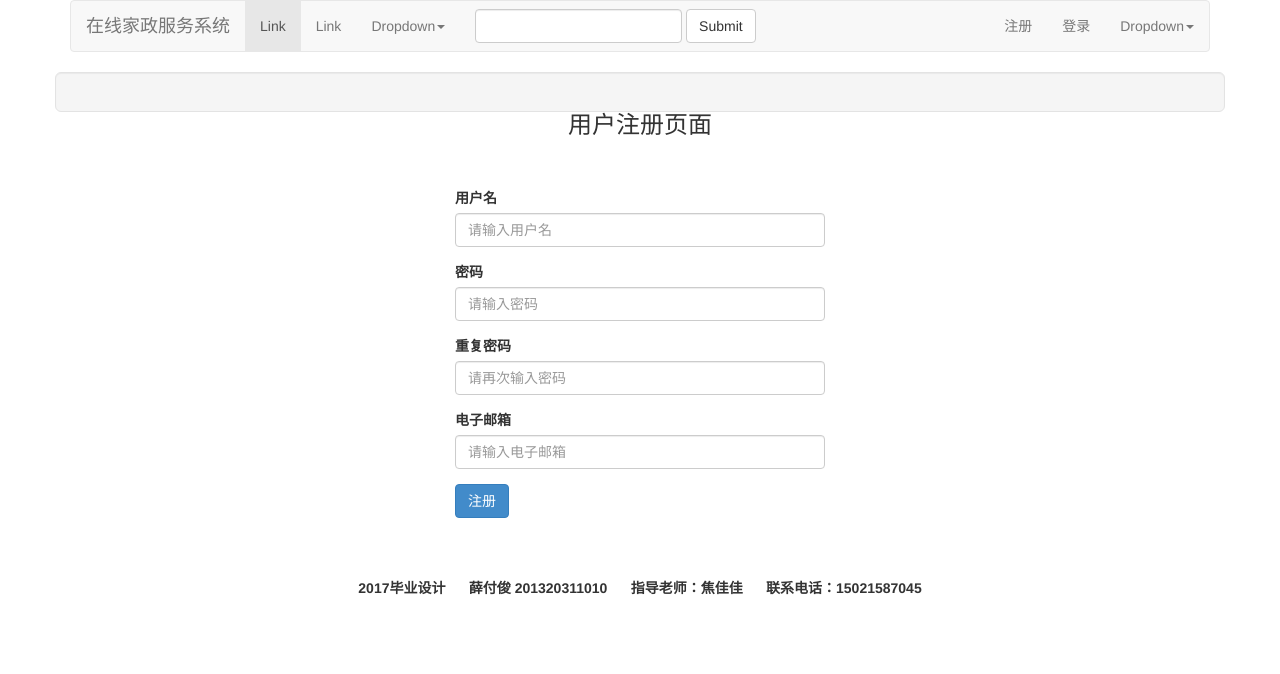
Repository: ELeonCXFJ/MyEclipseWS
Page: http://localhost/MyWeb/jsps/user/register.jsp
The author's editor kept a copy of each file at every save. The page is drawn from the files as they stood at one save, then again after the next save.
The browser window is 1280 px wide. The pictures show the whole page.
The page is served by Tomcat 9. Nobody is signed in. The application's start-up code is not run. Other server files are loaded and not shown.

Above is the page before, as saved 2017-03-17 04:59:37.

### MyWeb/WebRoot/jsps/user/register.jsp
<%@ page language="java" import="java.util.*" pageEncoding="UTF-8"%>
<%@ taglib prefix="c" uri="http://java.sun.com/jsp/jstl/core" %>

<!DOCTYPE html>
<html>
<head>
   	<meta charset="utf-8">
   	<meta name="viewport" content="width=device-width, initial-scale=1">
   	<title>用户注册</title>

   	<link rel="stylesheet" href="${pageContext.request.contextPath}/vendor/bootstrap/css/bootstrap.css" />
   	<link rel="stylesheet" href="${pageContext.request.contextPath}/dist/css/bootstrapValidator.css" />

   	<script type="text/javascript" src="${pageContext.request.contextPath}/vendor/jquery/jquery.min.js"></script>
   	<script type="text/javascript" src="${pageContext.request.contextPath}/vendor/bootstrap/js/bootstrap.min.js"></script>
	<script type="text/javascript" src="${pageContext.request.contextPath}/dist/js/bootstrapValidator.js"></script>

</head>

<body>
<div class="container" >

	<div class="row clearfix">
	<c:import url="../../top.jsp"></c:import>
		<div class="jumbotron well">
		<div class="col-md-12 column">
		<h3 align="center">用户注册页面</h3></br></br>
		</div>
	</div>
	<div class="row clearfix">
		<div class="col-md-4 column">
		</div>

		<div class="col-md-4 column">
			<form id="mainform" action="<c:url value='/UserServlet'/>" method="post" role="form">
				<input type="hidden" name="method" value="register"/>
				<div class="form-group">
					 <label for="username">用户名</label>
					 <input type="text" name="username" class="form-control" id="username" placeholder="请输入用户名" data-bv-remote="true"/>
				</div>

				<div class="form-group">
					 <label for="password">密码</label>
					 <input type="password" name="password" class="form-control" id="password" placeholder="请输入密码"  />
				</div>

				<div class="form-group">
					 <label for="confirmpassword">重复密码</label>
					 <input type="password" name="confirmpassword" class="form-control" id="confirmpassword" placeholder="请再次输入密码"  />
				</div>

				<div class="form-group">
					 <label for="email">电子邮箱</label>
					 <input type="text" name="email" class="form-control" id="username" placeholder="请输入电子邮箱"/>
				</div>

				<button type="submit" class="btn btn-primary">注册</button>
			</form>
		</div>

		<div class="col-md-4 column">
		</div>
	</div>
	</div>
</div>
<c:import url="../../bottom.jsp"></c:import>
<div>
</div>
<script type="text/javascript">
$("#mainform").bootstrapValidator({
	message:"This value is not valid",
        feedbackIcons: {
            valid: 'glyphicon glyphicon-ok',
            invalid: 'glyphicon glyphicon-remove',
            validating: 'glyphicon glyphicon-refresh'
        },
        fields:{
			username:{
				validators:{
					notEmpty:{
						message:'用户名不能为空'
					},
					stringLength:{
						min:6,
						max:20,
						message:"用户名长度必须在6-20个字符之间"
					},
					regexp:{
						regexp:/^[a-zA-Z0-9_\.]+$/,
						message:"用户名只能由字母、数字、点和下划线组成",
					},
					threshold:6,
					remote:{
						url:'../../UserServlet?method=ajaxValidatorUserName',
						data:{username:$("#username").text()},
						delay : 1000,
						type:'POST',
						message:'该用户已存在',
					},
				}
			},

			password:{
				validators:{
					notEmpty:{
						message:'密码不能为空'
					},
					identical:{
						field: 'confirmpassword',
						message: '两次输入的密码不相同',
					},
					different:{
						field: 'username',
						message:'用户密码不能和账户名相同'
					},
					stringLength:{
						min:5,
						max:20,
						message:'密码长度必须在5-20个字符之间'
					},
				}
			},

			confirmpassword:{
				validators:{
					notEmpty:{
						message:'请重复输入密码'
					},
					identical:{
						field: 'password',
						message: '两次输入的密码不相同',
					},
					different:{
						field: 'username',
						message:'用户密码不能和账户名相同'
					},
					stringLength:{
						min:5,
						max:20,
						message:"密码长度必须在5-20个字符之间"
					},
				}
			},
			email:{
				validators:{
					emailAddress:{
						message:"当前输入的邮箱格式有误，请确认该邮箱为有效邮箱地址"
					},
					notEmpty:{
						message:'电子邮箱不能为空'
					},
					remote:{
						url:'../../UserServlet?method=ajaxValidatorEmail',
						data:{username:$("#email").text()},
						delay : 1000,
						type:'POST',
						message:'该邮箱已被注册',
					},
				}
			},
        }
    });
</script>
</body>
</html>

### MyWeb/WebRoot/top.jsp
<%@ page language="java" import="java.util.*" pageEncoding="UTF-8"%>
<%@ taglib prefix="c" uri="http://java.sun.com/jsp/jstl/core" %>

<!DOCTYPE html>
<html>
<head>
   <meta charset="utf-8">
   <title>导航栏</title>
</head>
<body>

<div class="container" align="center">
	<div class="row clearfix">
		<div class="col-md-12 column">
			<nav class="navbar navbar-default" role="navigation">
				<div class="navbar-header">
					 <button type="button" class="navbar-toggle" data-toggle="collapse" data-target="#bs-example-navbar-collapse-1"> <span class="sr-only">Toggle navigation</span><span class="icon-bar"></span><span class="icon-bar"></span><span class="icon-bar"></span></button> <a class="navbar-brand" href="../../index.jsp">在线家政服务系统</a>
				</div>
				<div class="collapse navbar-collapse" id="bs-example-navbar-collapse-1">
					<ul class="nav navbar-nav">
						<li class="active">
							 <a href="#">Link</a>
						</li>
						<li>
							 <a href="#">Link</a>
						</li>
						<li class="dropdown">
							 <a href="#" class="dropdown-toggle" data-toggle="dropdown">Dropdown<strong class="caret"></strong></a>
							<ul class="dropdown-menu">
								<li>
									 <a href="#">Action</a>
								</li>
								<li>
									 <a href="#">Another action</a>
								</li>
								<li>
									 <a href="#">Something else here</a>
								</li>
								<li class="divider">
								</li>
								<li>
									 <a href="#">Separated link</a>
								</li>
								<li class="divider">
								</li>
								<li>
									 <a href="#">One more separated link</a>
								</li>
							</ul>
						</li>
					</ul>
					<form class="navbar-form navbar-left" role="search">
						<div class="form-group">
							<input type="text" class="form-control" />
						</div> <button type="submit" class="btn btn-default">Submit</button>
					</form>
					<ul class="nav navbar-nav navbar-right">
						<li>
							 <a href="<c:url value='/jsps/user/register.jsp'/>">注册</a>
						</li>
						<li>
							<a href="<c:url value='/jsps/user/login.jsp' />">登录</a>
						</li>
						<li class="dropdown">
							 <a href="#" class="dropdown-toggle" data-toggle="dropdown">Dropdown<strong class="caret"></strong></a>
							<ul class="dropdown-menu">
								<li>
									 <a href="#">Action</a>
								</li>
								<li>
									 <a href="#">Another action</a>
								</li>
								<li>
									 <a href="#">Something else here</a>
								</li>
								<li class="divider">
								</li>
								<li>
									 <a href="#">Separated link</a>
								</li>
							</ul>
						</li>
					</ul>
				</div>
			</nav>
		</div>
	</div>
</div>
</body>

### MyWeb/WebRoot/bottom.jsp
<%@ page language="java" import="java.util.*" pageEncoding="UTF-8"%>
<%@ taglib prefix="c" uri="http://java.sun.com/jsp/jstl/core" %>

<!DOCTYPE html>
<html>
<head>
   <meta charset="utf-8">
   <title>页脚</title>
</head>
<body>

	<div align="center">
		<label for=“bottom"></br></br></br>2017毕业设计&nbsp;&nbsp;&nbsp;&nbsp;&nbsp;&nbsp;薛付俊 201320311010&nbsp;&nbsp;&nbsp;&nbsp;&nbsp;&nbsp;指导老师：焦佳佳&nbsp;&nbsp;&nbsp;&nbsp;&nbsp;&nbsp;联系电话：15021587045</label>
	</div>
	<div style="display:none;">
		<label for="hide">bootstrapvalidator引用自：https://github.com/nghuuphuoc/bootstrapvalidator</label>
	</div>
</body>

Loaded but not shown: MyWeb/WebRoot/dist/css/bootstrapValidator.css (common file); MyWeb/WebRoot/dist/js/bootstrapValidator.js (library)

After the next save:
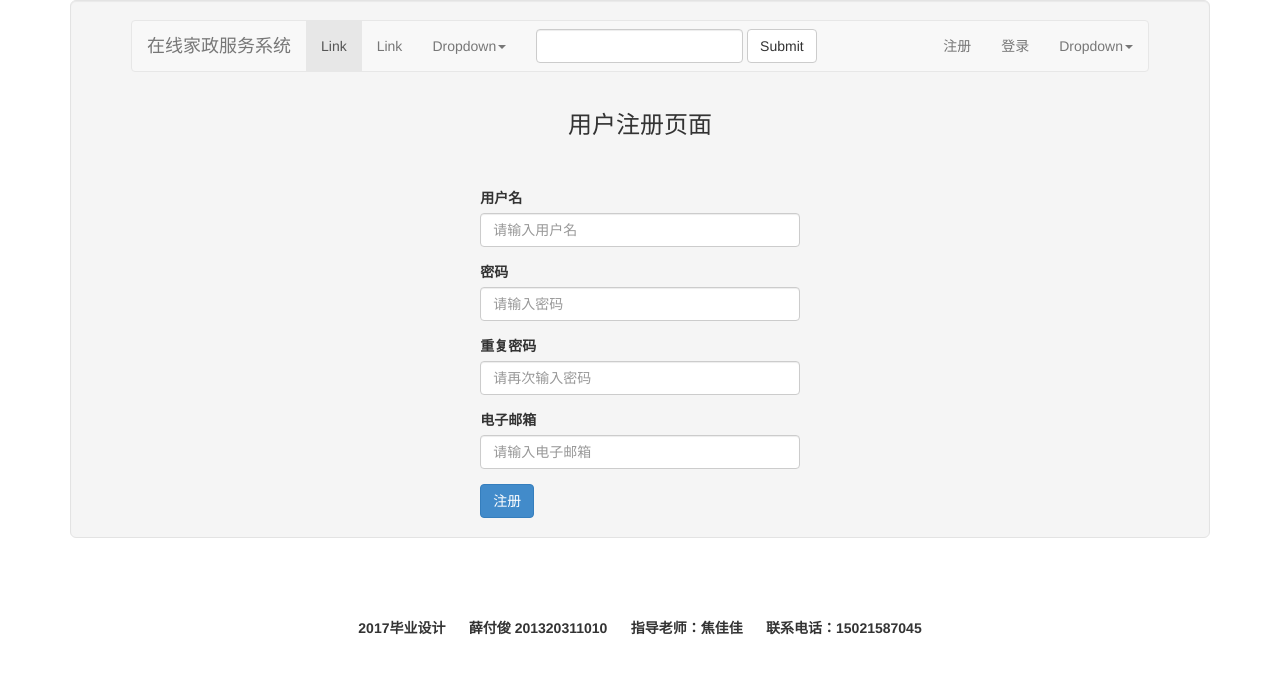
Saved 10 s later.
--- a/MyWeb/WebRoot/jsps/user/register.jsp
+++ b/MyWeb/WebRoot/jsps/user/register.jsp
@@ -19,10 +19,10 @@
 
 <body>
 <div class="container" >
-
+		<div class="jumbotron well">
 	<div class="row clearfix">
 	<c:import url="../../top.jsp"></c:import>
-		<div class="jumbotron well">
+
 		<div class="col-md-12 column">
 		<h3 align="center">用户注册页面</h3></br></br>
 		</div>

After the save that followed:
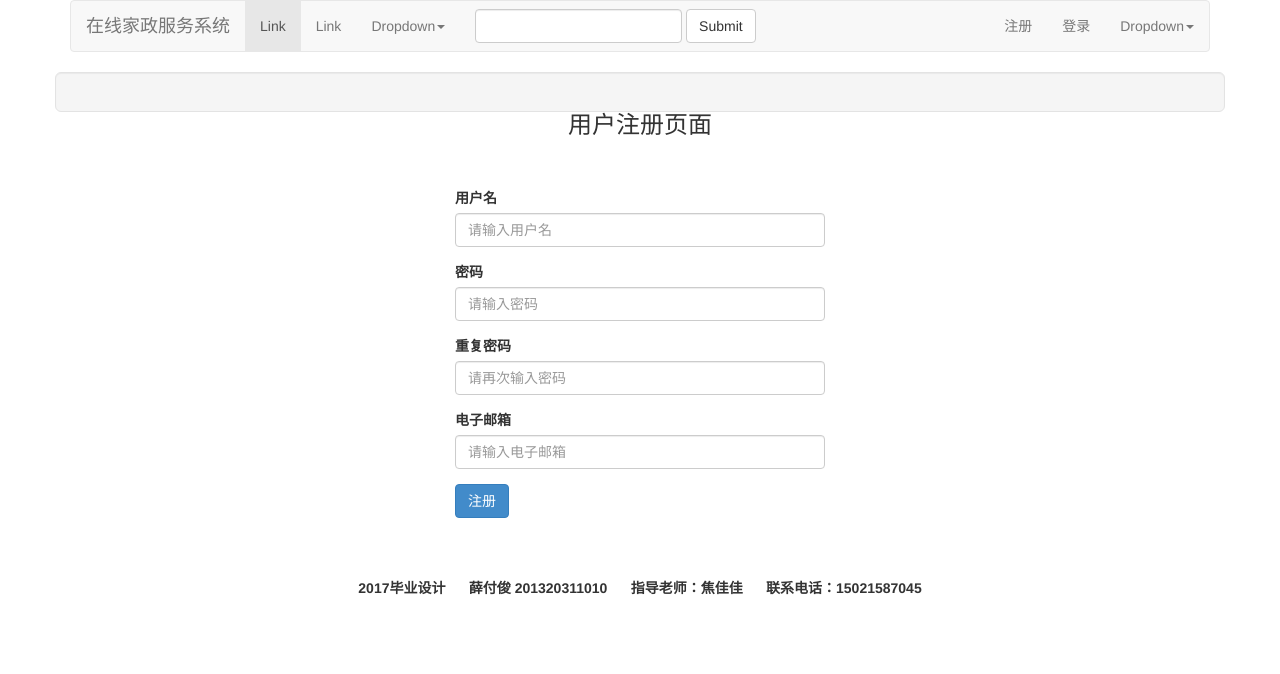
Saved 10 s later.
--- a/MyWeb/WebRoot/jsps/user/register.jsp
+++ b/MyWeb/WebRoot/jsps/user/register.jsp
@@ -19,10 +19,10 @@
 
 <body>
 <div class="container" >
-		<div class="jumbotron well">
+
 	<div class="row clearfix">
 	<c:import url="../../top.jsp"></c:import>
-
+		<div class="jumbotron well">
 		<div class="col-md-12 column">
 		<h3 align="center">用户注册页面</h3></br></br>
 		</div>
@@ -61,7 +61,7 @@
 		<div class="col-md-4 column">
 		</div>
 	</div>
-	</div>
+
 </div>
 <c:import url="../../bottom.jsp"></c:import>
 <div>
